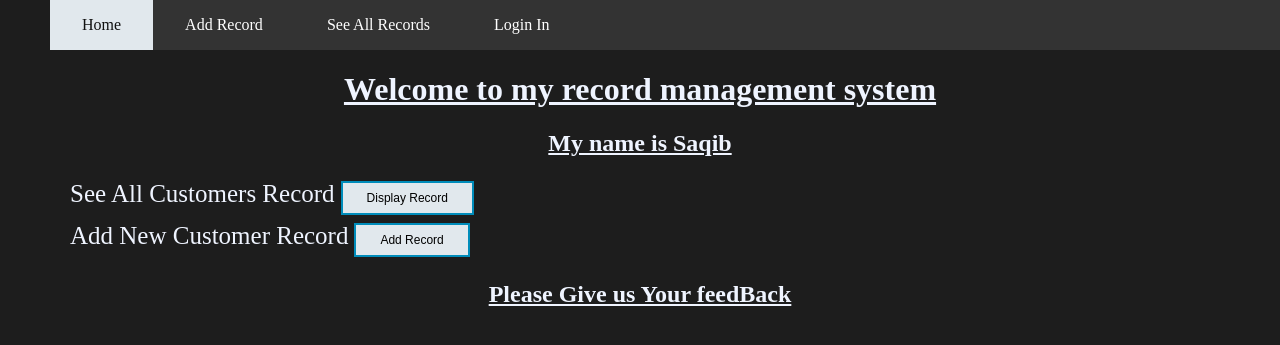
Repository: MUHAMMAD-SAQIB-2000/SpringBoot
Page: http://localhost/WebServiceRecordManagementSystem/home.jsp
The author's editor kept a copy of each file at every save. The page is drawn from the files as they stood at one save, then again after the next save.
The browser window is 1280 px wide. The pictures show the whole page.
The page is served by Tomcat 9. Other server files are loaded and not shown.

Above is the page before, as saved 2020-08-12 14:39:58.

### WebServiceRecordManagementSystem/src/main/webapp/home.jsp
<%@ page language="java" contentType="text/html; charset=ISO-8859-1"
	pageEncoding="ISO-8859-1"%>
<!DOCTYPE html>
<html>
<head>
<meta charset="ISO-8859-1">
<title>Record Management System</title>
<link rel="stylesheet" href="style.css">
</head>
<body>
	<div>
		<ul>
			<li><a class="active" onclick="window.location.href = '${pageContext.request.contextPath}/home'">Home</a></li>
			<li><a onclick="window.location.href = '${pageContext.request.contextPath}/addCustomerForm'">Add Record</a></li>
			<li><a onclick="window.location.href = '${pageContext.request.contextPath}/displayAllCustomers'">See All Records</a></li>
			<li><a href="#about">Login In</a></li>
		</ul>
	</div>

	<div class="mainBody">

		<h1 class="h">Welcome to my record management system</h1>
		<h2 class="h">My name is Saqib</h2>
		<div class="form">
			<label class="title">See All Customers Record</label>
			<button class="button button2"
				onclick="window.location.href = 'displayAllCustomers' ">Display
				Record</button>
			<br> <label class="title">Add New Customer Record</label>
			<button class="button button2"
				onclick="window.location.href = 'addCustomerForm' ">Add
				Record</button>
		</div>
		<h2 class="h">Please Give us Your feedBack</h2>
	</div>

</body>
</html>

### WebServiceRecordManagementSystem/src/main/webapp/style.css
@charset "ISO-8859-1";

body {
	margin: 0px;
	padding: 0px;
	background-color:#1d1d1d;
}

ul {
	list-style-type: none;
	margin: 0;
	margin-left:50px;
	padding: 0;
	overflow: hidden;
	background-color: #333;
	position: fixed;
	top: 0;
	width: 100%;
}

li {
	float: left;
}

li a {
	display: block;
	color: white;
	text-align: center;
	padding: 16px 32px;
	text-decoration: none;
	font-size:16px;
}

li a:hover {
	background-color:#008CBA;
	color:#fff;
}

.active {
	background-color: #E1E8ED;
	color:#111;
}
.mainBody{
	padding: 20px 20px;
	margin-top:30px;
}

.h {
	color: #eff4ff;
	text-align: center;
	text-decoration: underline;
}

table, th, td {
	background-color: #E1E8ED;
	color: #111;
	text-align: center;
	border: 2px solid #008CBA;
	margin: 10px;
	padding: 5px;
}

th:hover, td:hover {
	border: 2px solid #111;
	background-color: #008CBA;
	color: white;
	transition-duration: 0.4s;
}

.tableCSS {
	background-color: #E1E8ED;
	color: #111;
	margin: 5% 22%;
}

.button {
	border: none;
	color: white;
	padding: 8px 24px;
	text-align: center;
	text-decoration: none;
	display: inline-block;
	font-size: 12px;
	margin: 4px 2px;
	transition-duration: 0.4s;
	cursor: pointer;
}

.button2 {
	background-color: #E1E8ED;
	color: black;
	border: 2px solid #008CBA;
}

.button2:hover {
	background-color: #008CBA;
	color: white;
}

.form {
	text-align: left;
	margin-left: 50px;
}

form {
	width: 100%;
	padding: 12px 20px;
	margin: 8px 0;
	box-sizing: border-box;
}

.title {
	font-size: 25px;
	color: #eff4ff;
}
.para{
	font-size: 14px;
	color: #eff4ff;
}
select {
  width: 20%;
  padding: 12px 16px;
  border: none;
  border-radius: 4px;
  background-color: #f1f1f1;
}
.inputForm {
	width: 30%;
	padding: 10px 18px;
	margin: 6px 0;
	box-sizing: border-box;
	background-color: #F7F7F7;
	color: #111;
	border: 2px solid #00aba9;
  	border-radius: 4px;
}
.inputForm:focus {
  border: 3px solid #555;
}
radiobutton {
	size: 10px;
}

option:hover {
	background-color: #008CBA;
	color: white;
}

a {
	text-decoration: none;
	color: #111;
}

a:hover {
	color: #fff;
	font-size: 16px;
}
.foter{
	background-color: #111;
	color:#fff;
	font-size:20px;
}

After the next save:
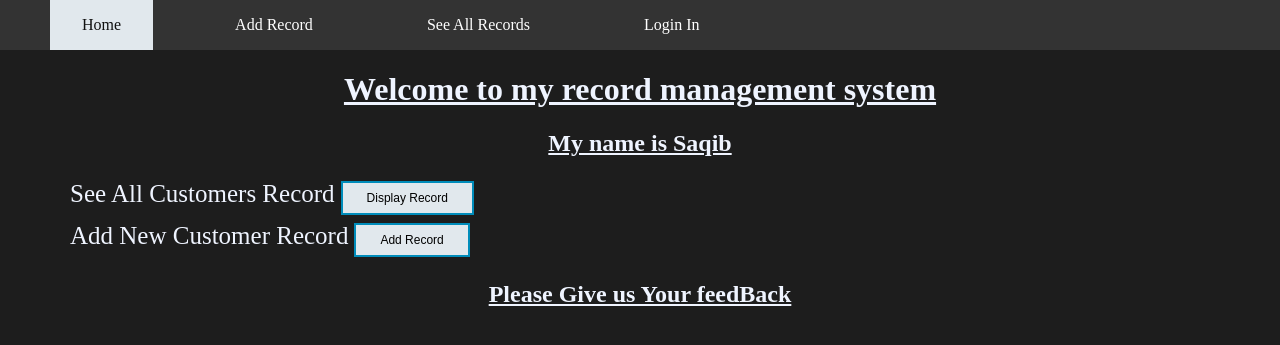
Saved 24 s later.
--- a/WebServiceRecordManagementSystem/src/main/webapp/style.css
+++ b/WebServiceRecordManagementSystem/src/main/webapp/style.css
@@ -9,7 +9,6 @@ body {
 ul {
 	list-style-type: none;
 	margin: 0;
-	margin-left:50px;
 	padding: 0;
 	overflow: hidden;
 	background-color: #333;
@@ -23,6 +22,7 @@ li {
 }
 
 li a {
+	margin-left:50px;
 	display: block;
 	color: white;
 	text-align: center;
